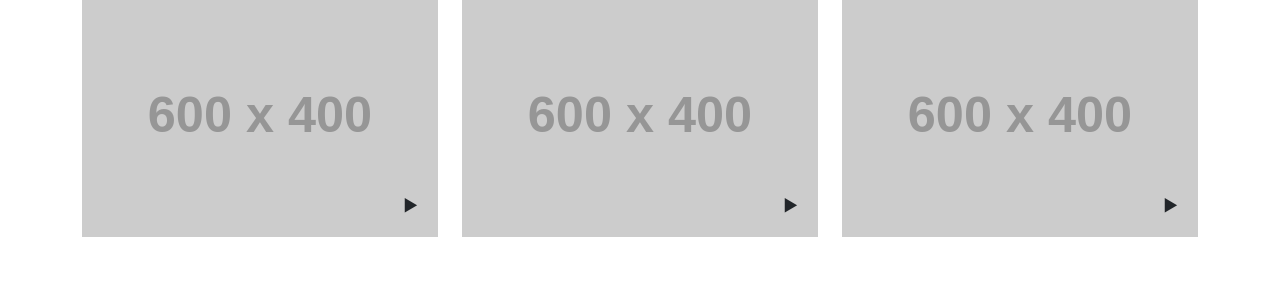
Repository: fbansept/ran4_24
Page: index.html
The author's editor kept a copy of each file at every save. The page is drawn from the files as they stood at one save, then again after a run of saves.
The browser window is 1280 px wide. The pictures show the whole page.

Above is the page before, as saved 2024-10-14 11:28:09.

### index.html
<!DOCTYPE html>
<html lang="en">
  <head>
    <meta charset="UTF-8" />
    <meta name="viewport" content="width=device-width, initial-scale=1.0" />
    <title>Document</title>
    <link
      href="https://cdn.jsdelivr.net/npm/bootstrap@5.3.3/dist/css/bootstrap.min.css"
      rel="stylesheet"
      integrity="sha384-QWTKZyjpPEjISv5WaRU9OFeRpok6YctnYmDr5pNlyT2bRjXh0JMhjY6hW+ALEwIH"
      crossorigin="anonymous"
    />
    <script
      defer
      src="https://cdn.jsdelivr.net/npm/bootstrap@5.3.3/dist/js/bootstrap.bundle.min.js"
      integrity="sha384-YvpcrYf0tY3lHB60NNkmXc5s9fDVZLESaAA55NDzOxhy9GkcIdslK1eN7N6jIeHz"
      crossorigin="anonymous"
    ></script>

    <link rel="stylesheet" href="style.css">
  </head>
  <body>
    <main class="container">
      <div class="row row-cols-1 row-cols-md-3">
        <article class="col">
          <div>
            <img src="https://placehold.co/600x400" />
            <div class="button">▶</div>
          </div>
        </article>
        <article class="col">
          <div>
            <img src="https://placehold.co/600x400" />
            <div class="button">▶</div>
          </div>
        </article>
        <article class="col">
          <div>
            <img src="https://placehold.co/600x400" />
            <div class="button">▶</div>
          </div>
        </article>
      </div>
    </main>
  </body>
</html>

### style.css
.container > .row > article > div {
  position: relative;
}

.container > .row > article > div > img {
  object-fit: cover;
  width: 100%;
}

.button {
  position: absolute;
  bottom: 20px;
  right: 20px;
}

After the next 2 saves:
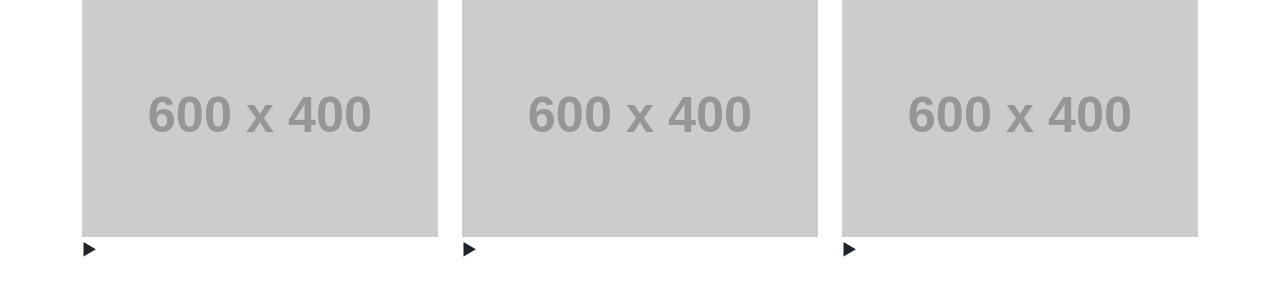
The 2 saves are shown as one change because they came seconds apart.
The last was saved 17 s later.
--- a/style.css
+++ b/style.css
@@ -7,7 +7,7 @@
   width: 100%;
 }
 
-.button {
+.bouton {
   position: absolute;
   bottom: 20px;
   right: 20px;

After the 3 saves that followed:
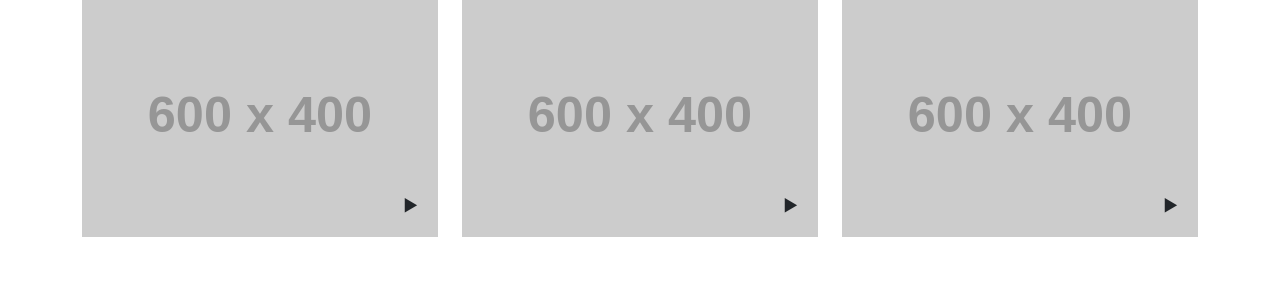
The 3 saves are shown as one change because they came seconds apart.
The last was saved 6 s later.
--- a/index.html
+++ b/index.html
@@ -17,7 +17,7 @@
       crossorigin="anonymous"
     ></script>
 
-    <link rel="stylesheet" href="style.css">
+    <link rel="stylesheet" href="style.css" />
   </head>
   <body>
     <main class="container">
@@ -25,19 +25,19 @@
         <article class="col">
           <div>
             <img src="https://placehold.co/600x400" />
-            <div class="button">▶</div>
+            <div class="bouton">▶</div>
           </div>
         </article>
         <article class="col">
           <div>
             <img src="https://placehold.co/600x400" />
-            <div class="button">▶</div>
+            <div class="bouton">▶</div>
           </div>
         </article>
         <article class="col">
           <div>
             <img src="https://placehold.co/600x400" />
-            <div class="button">▶</div>
+            <div class="bouton">▶</div>
           </div>
         </article>
       </div>
